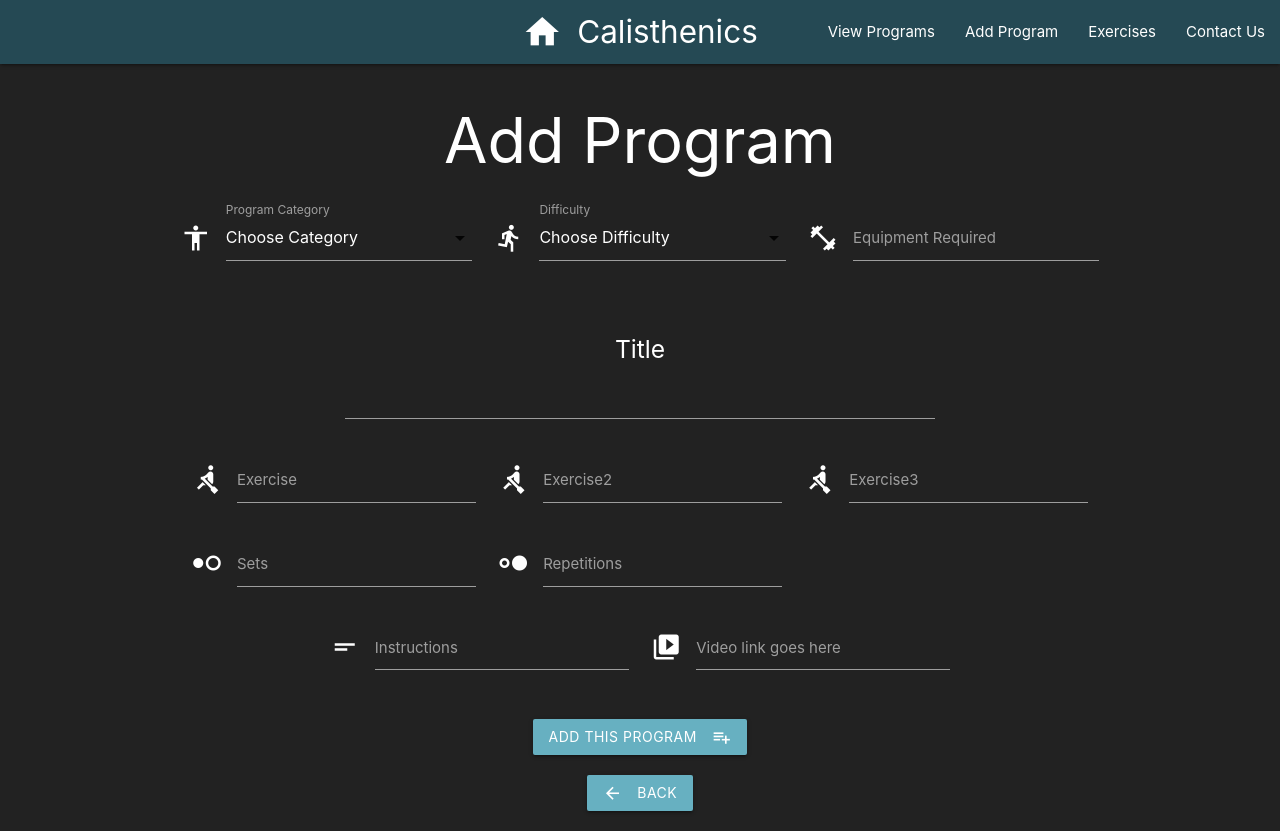
Repository: Ario124/calisthenics-project
Page: http://localhost/add_program
The author's editor kept a record of every edit. The page is drawn from the files as they stood at one moment, then again after the next edit.
The browser window is 1280 px wide. The pictures show the whole page.
The page is served by the project's application, run on Flask 3 (app.py). Queries for data that is not in the repository find no rows.

Above is the page before.

After the next edit:
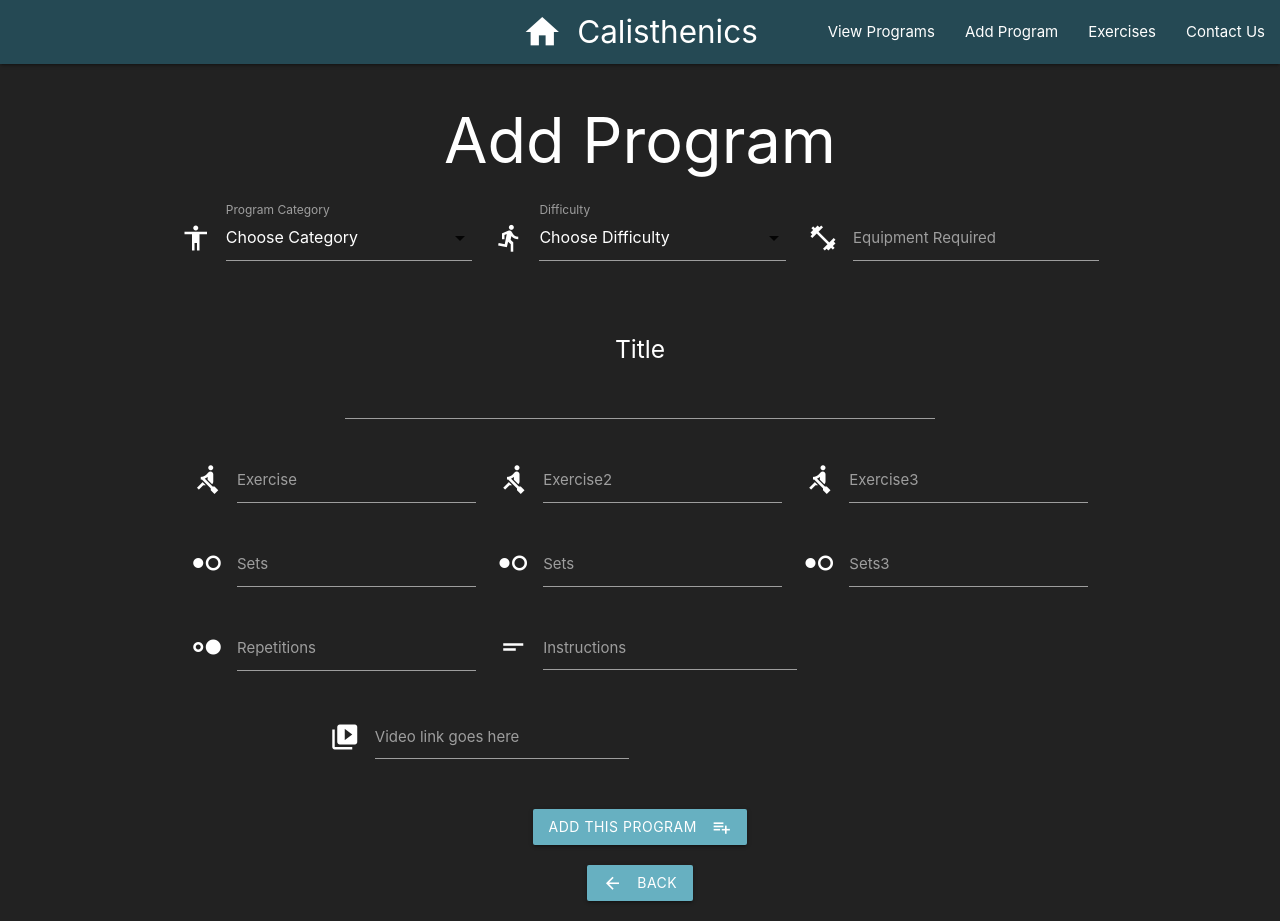
The edit:
--- a/templates/add_program.html
+++ b/templates/add_program.html
@@ -68,6 +68,18 @@
                 <label for="icon_prefix">Sets</label>
             </div>
 
+                       <div class="input-field col s4">
+                <i class="material-icons prefix">hdr_weak</i>
+                <input id="sets_amount" name="sets_amount" type="text" required>
+                <label for="icon_prefix">Sets</label>
+            </div>
+
+                       <div class="input-field col s4">
+                <i class="material-icons prefix">hdr_weak</i>
+                <input id="sets_amount3" name="sets_amount3" type="text" required>
+                <label for="icon_prefix">Sets3</label>
+            </div>
+
               <div class="input-field col s4">
                 <i class="material-icons prefix">hdr_strong</i>
                 <input id="reps_amount" name="reps_amount" type="text" required>
